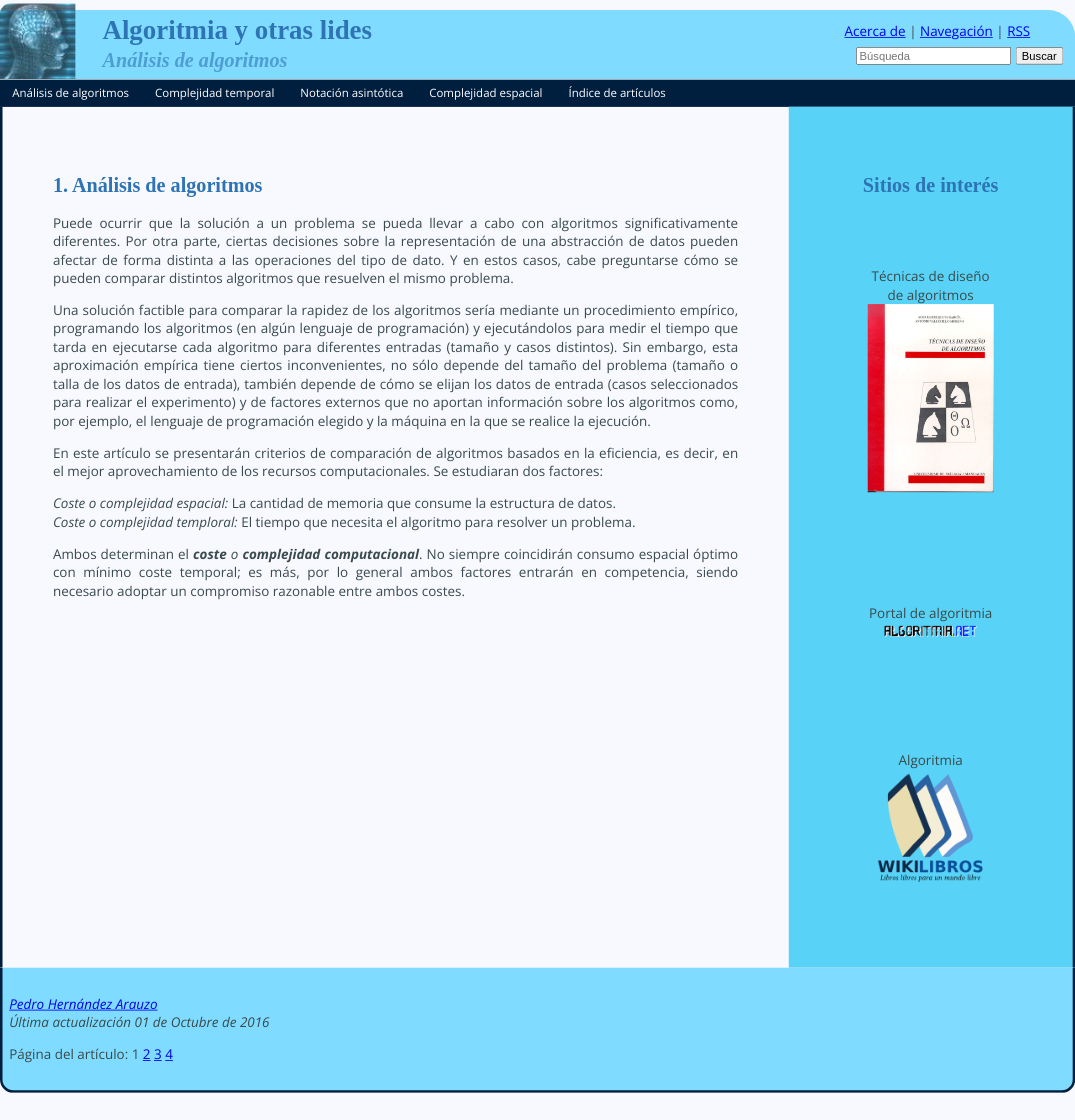
Repository: dgsama/Curso17
Page: SEW/WorkSpace/Practica04/index.html
An editor plug-in stored every save of this project. The page is shown before and after the next save, followed by the edit.
The browser window is 1280 px wide. The pictures show the whole page, at 84% of full size.
Some web fonts or font styles are not loaded; a fallback is used.

Above is the page before, as saved 2016-10-26 09:42:50.

After the next save:
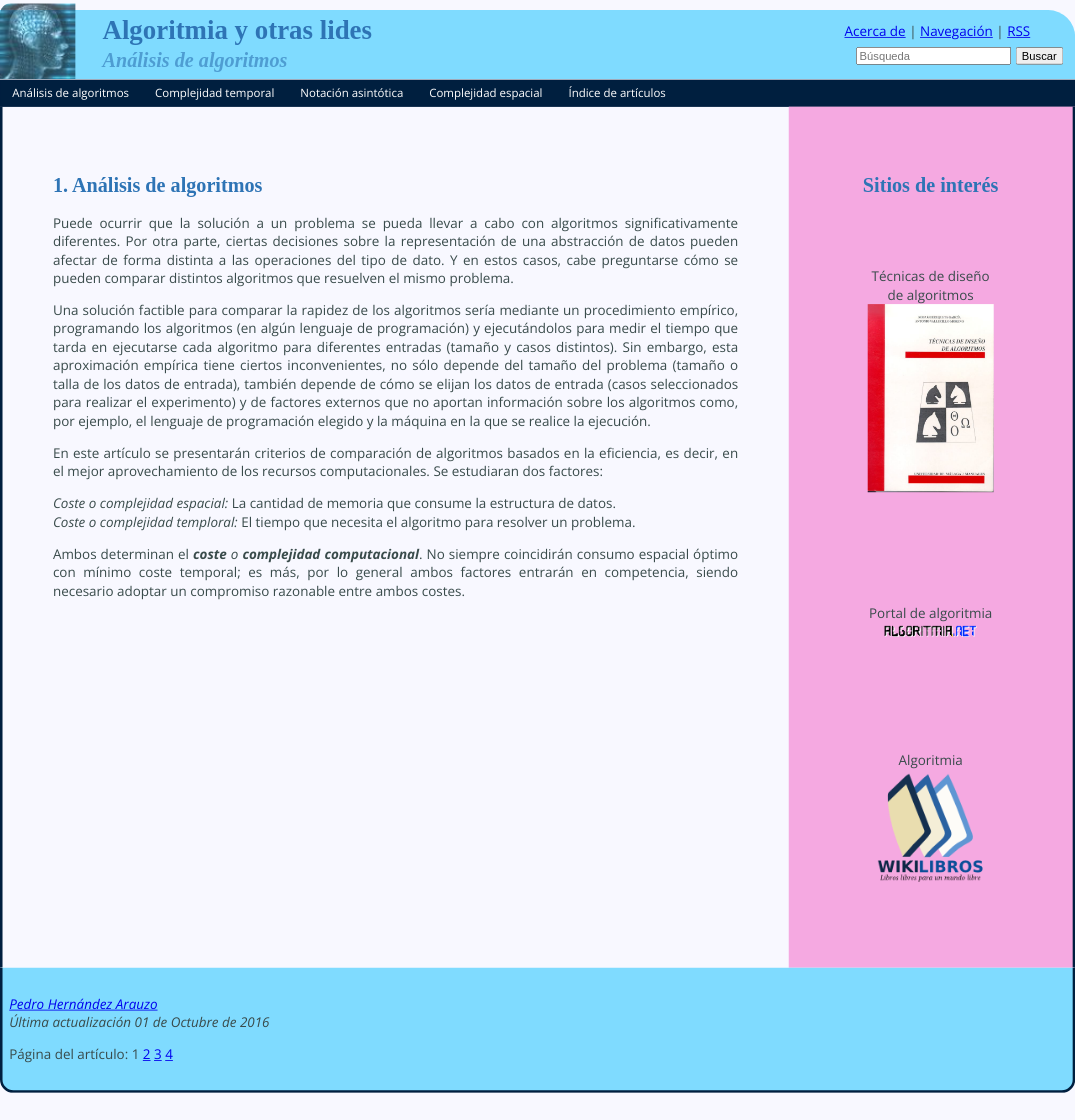
Saved 29 s later.
--- a/SEW/WorkSpace/Practica04/estilo.css
+++ b/SEW/WorkSpace/Practica04/estilo.css
@@ -283,7 +283,7 @@
         border-left: 0;
         padding: 2em 1.5em;
         display: table-cell;
-        background-color: #58D3F7;
+        background-color: #F5A9E1;
     }
     #main {
         border-right: 0;
